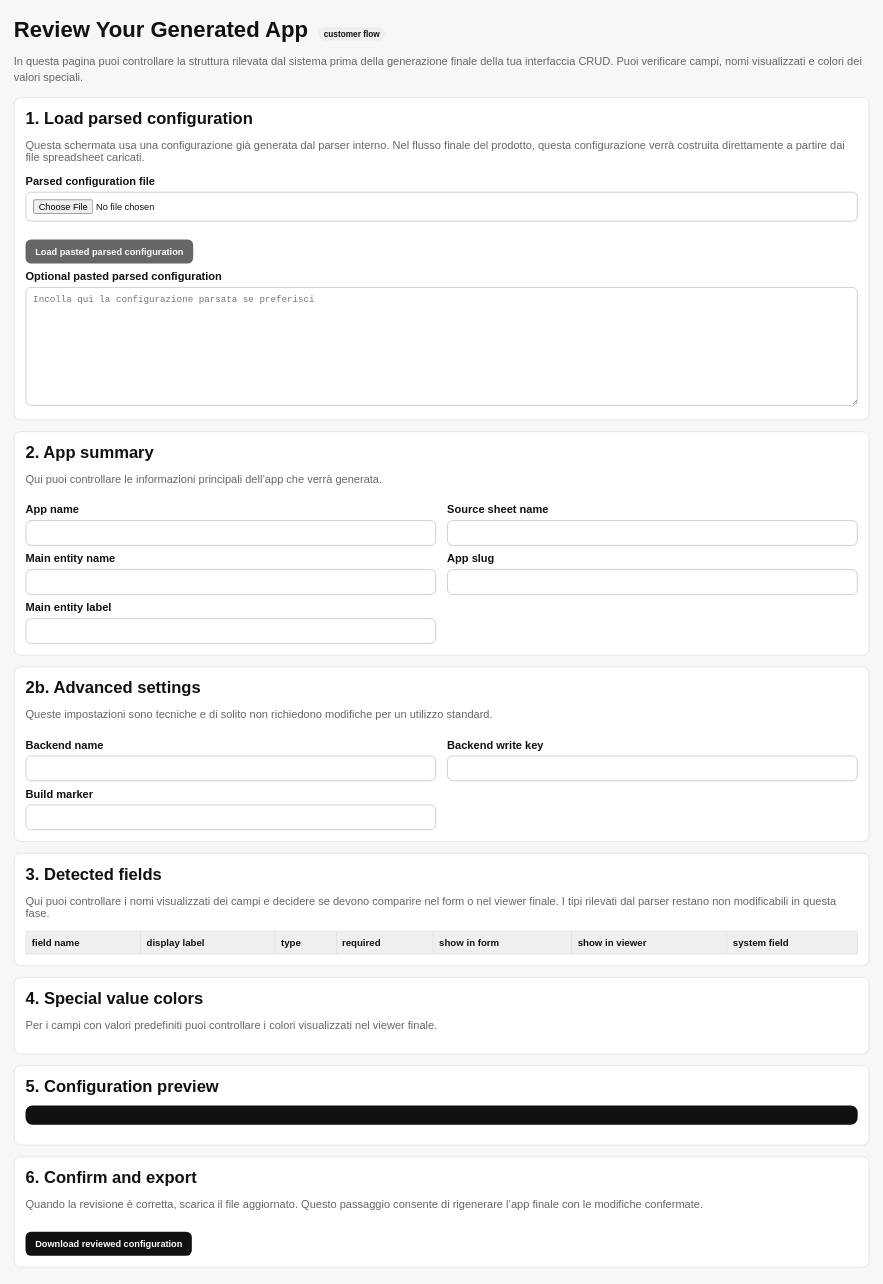
Repository: progettazionemauro/sheets.builder
Page: docs/review.html
The author's editor kept a copy of each file at every save. The page is drawn from the files as they stood at one save, then again after a run of saves.
The browser window is 1280 px wide. The pictures show the whole page, at 69% of full size.

Above is the page before, as saved 2026-04-14 23:53:07.

After the next 2 saves:
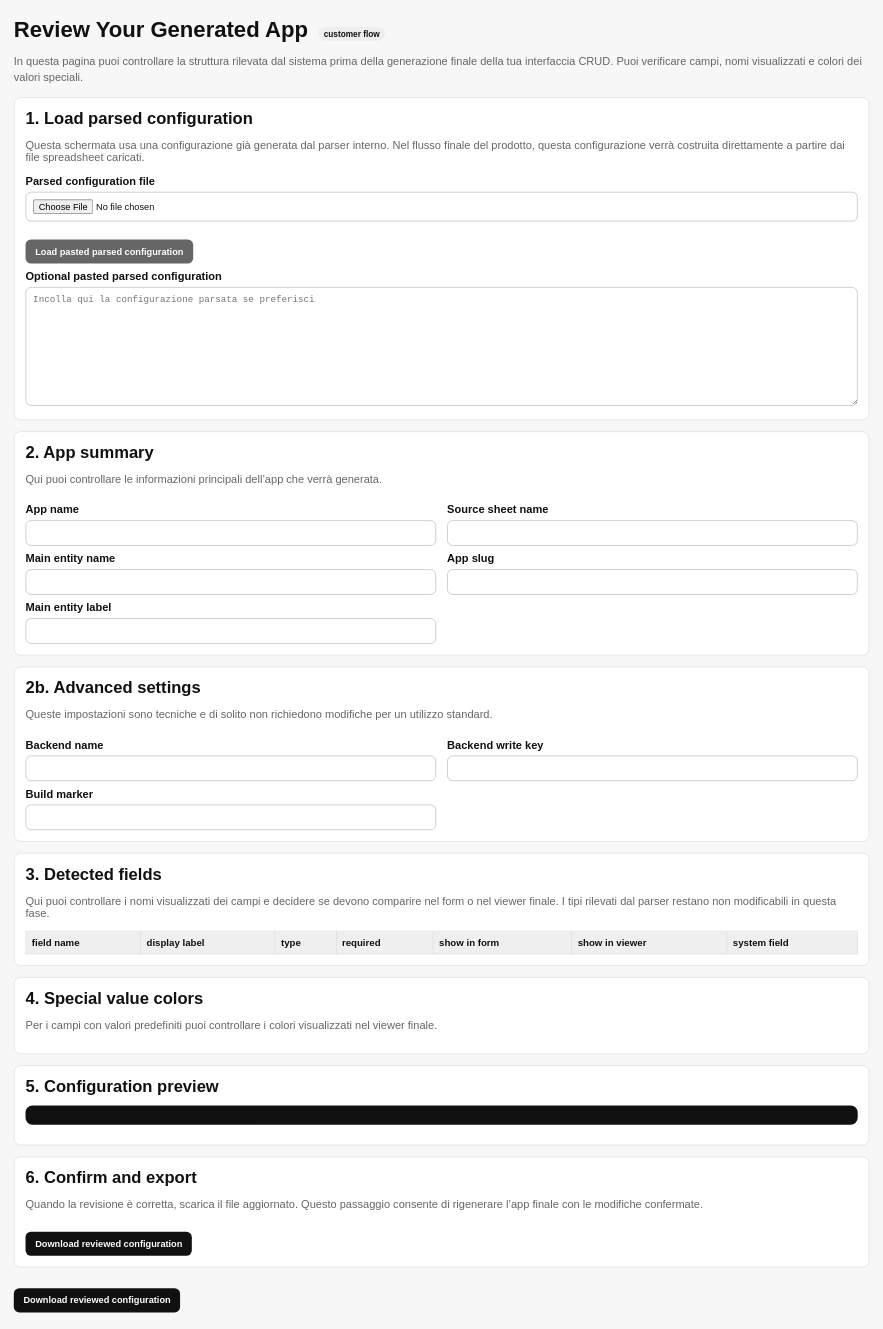
The 2 saves are shown as one change because they came seconds apart.
The last was saved 4 days later.
--- a/docs/review.html
+++ b/docs/review.html
@@ -255,11 +255,17 @@
   </div>
 
   <div class="card">
-    <h2>6. Confirm and export</h2>
-    <p class="muted">
-      Quando la revisione è corretta, scarica il file aggiornato. Questo passaggio consente di rigenerare
-      l’app finale con le modifiche confermate.
-    </p>
+  <h2>6. Confirm and export</h2>
+  <p class="muted">
+    Quando la revisione è corretta, scarica il file aggiornato. Questo passaggio consente di rigenerare
+    l’app finale con le modifiche confermate.
+  </p>
+
+  <div class="actions">
+    <button id="downloadBtn" type="button">Download reviewed configuration</button>
+    <span id="downloadStatus" class="muted"></span>
+  </div>
+</div>
 
     <div class="actions">
       <button id="downloadBtn" type="button">Download reviewed configuration</button>

After the 2 saves that followed:
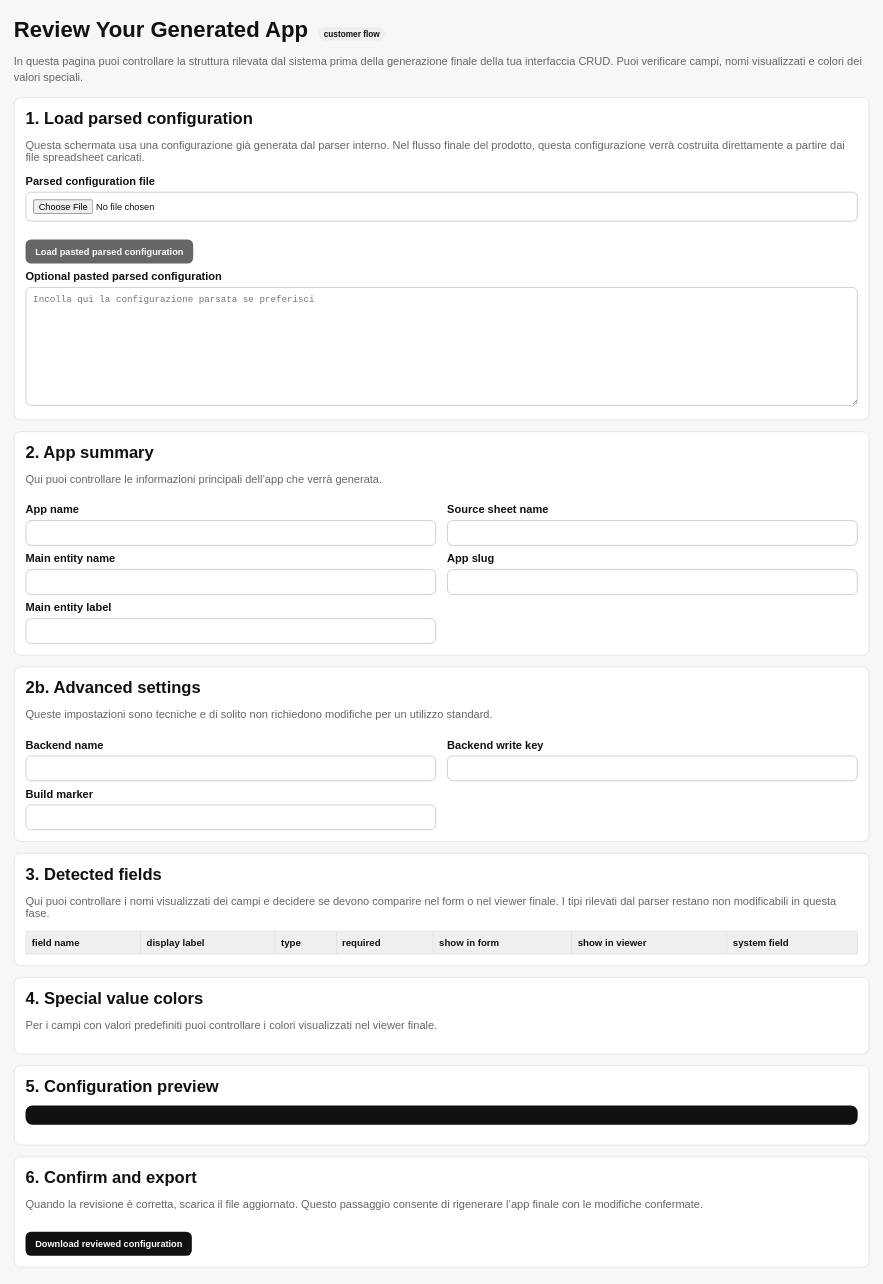
The 2 saves are shown as one change because they came seconds apart.
The last was saved 37 s later.
--- a/docs/review.html
+++ b/docs/review.html
@@ -255,17 +255,11 @@
   </div>
 
   <div class="card">
-  <h2>6. Confirm and export</h2>
-  <p class="muted">
-    Quando la revisione è corretta, scarica il file aggiornato. Questo passaggio consente di rigenerare
-    l’app finale con le modifiche confermate.
-  </p>
-
-  <div class="actions">
-    <button id="downloadBtn" type="button">Download reviewed configuration</button>
-    <span id="downloadStatus" class="muted"></span>
-  </div>
-</div>
+    <h2>6. Confirm and export</h2>
+    <p class="muted">
+      Quando la revisione è corretta, scarica il file aggiornato. Questo passaggio consente di rigenerare
+      l’app finale con le modifiche confermate.
+    </p>
 
     <div class="actions">
       <button id="downloadBtn" type="button">Download reviewed configuration</button>
